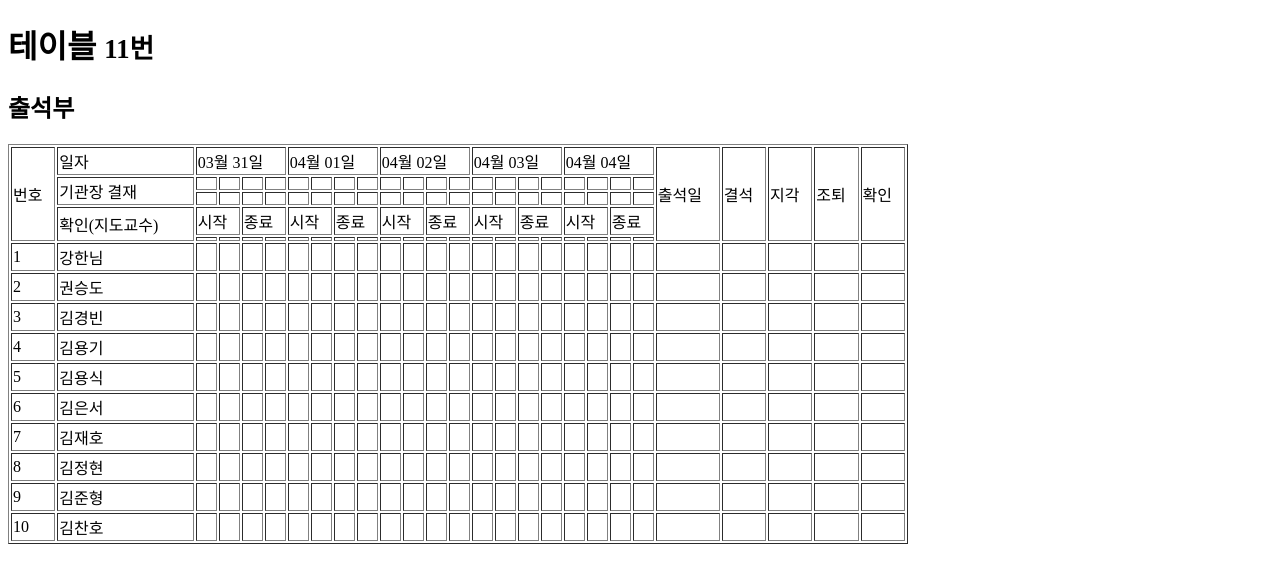
Repository: kmd192kmd/Web
Page: html/HtmlTest/src/main/webapp/ex16_table.html
These files come from the project's save history. The page is drawn as it stood at one moment and after the next save; the edit follows.
The browser window is 1280 px wide. The pictures show the whole page.

Above is the page before, as saved 2026-02-13 07:18:40.

### html/HtmlTest/src/main/webapp/ex16_table.html
<!DOCTYPE html>
<html>
<head>
<meta charset="UTF-8">
<title>Insert title here</title>
</head>
<body>
	<!-- <h1>테이블 <small>10번</small></h1>

	<h2>Table</h2>

	<table border="1" width="500" height="500">
		<tr>
			<td colspan="5" width="100" align="center" height="100">1</td>
		</tr>
		<tr>
			<td rowspan="4" width="100" align="center" height="400">6</td>
			<td colspan="2" width="100" align="center" height="100">7</td>
			<td colspan="2" width="100" align="center" height="100">9</td>
		</tr>
		<tr>
			<td width="100" align="center" height="100">12</td>
			<td width="100" align="center" height="100">13</td>
			<td rowspan="2" width="100" align="center" height="200">14</td>
			<td width="100" align="center" height="100">15</td>
		</tr>
		<tr>
			<td rowspan="2" width="100" align="center" height="200">17</td>
			<td width="100" align="center" height="100">18</td>
			<td width="100" align="center" height="100">20</td>
		</tr>
		<tr>
			<td align="center" width="100" height="100">23</td>
			<td colspan="2" width="100" align="center" height="100">24</td>
		</tr>
	</table> -->

	<h1>테이블 <small>11번</small></h1>

	<h2>출석부</h2>

	<table border="1" width="900">
		<tr>
			<td rowspan="5">번호</td>
			<td colspan="4">일자</td>
			<td colspan="4">03월 31일</td>
			<td colspan="4">04월 01일</td>
			<td colspan="4">04월 02일</td>
			<td colspan="4">04월 03일</td>
			<td colspan="4">04월 04일</td>
			<td rowspan="5">출석일</td>
			<td rowspan="5">결석</td>
			<td rowspan="5">지각</td>
			<td rowspan="5">조퇴</td>
			<td rowspan="5">확인</td>
		</tr>
		<tr>
			<td colspan="4" rowspan="2">기관장 결재</td>
			<td></td>
			<td></td>
			<td></td>
			<td></td>
			<td></td>
			<td></td>
			<td></td>
			<td></td>
			<td></td>
			<td></td>
			<td></td>
			<td></td>
			<td></td>
			<td></td>
			<td></td>
			<td></td>
			<td></td>
			<td></td>
			<td></td>
			<td></td>
		</tr>
		<tr>
			<td></td>
			<td></td>
			<td></td>
			<td></td>
			<td></td>
			<td></td>
			<td></td>
			<td></td>
			<td></td>
			<td></td>
			<td></td>
			<td></td>
			<td></td>
			<td></td>
			<td></td>
			<td></td>
			<td></td>
			<td></td>
			<td></td>
			<td></td>
		</tr>
		<tr>
			<td colspan="4" rowspan="2">확인(지도교수)</td>
			<td colspan="2">시작</td>
			<td colspan="2">종료</td>
			<td colspan="2">시작</td>
			<td colspan="2">종료</td>
			<td colspan="2">시작</td>
			<td colspan="2">종료</td>
			<td colspan="2">시작</td>
			<td colspan="2">종료</td>
			<td colspan="2">시작</td>
			<td colspan="2">종료</td>
		</tr>
		<tr>
			<td></td>
			<td></td>
			<td></td>
			<td></td>
			<td></td>
			<td></td>
			<td></td>
			<td></td>
			<td></td>
			<td></td>
			<td></td>
			<td></td>
			<td></td>
			<td></td>
			<td></td>
			<td></td>
			<td></td>
			<td></td>
			<td></td>
			<td></td>
		</tr>
		<tr>
			<td>1</td>
			<td colspan="4">강한님</td>
			<td></td>
			<td></td>
			<td></td>
			<td></td>
			<td></td>
			<td></td>
			<td></td>
			<td></td>
			<td></td>
			<td></td>
			<td></td>
			<td></td>
			<td></td>
			<td></td>
			<td></td>
			<td></td>
			<td></td>
			<td></td>
			<td></td>
			<td></td>
			<td></td>
			<td></td>
			<td></td>
			<td></td>
			<td></td>
		</tr>
		<tr>
			<td>2</td>
			<td colspan="4">권승도</td>
			<td></td>
			<td></td>
			<td></td>
			<td></td>
			<td></td>
			<td></td>
			<td></td>
			<td></td>
			<td></td>
			<td></td>
			<td></td>
			<td></td>
			<td></td>
			<td></td>
			<td></td>
			<td></td>
			<td></td>
			<td></td>
			<td></td>
			<td></td>
			<td></td>
			<td></td>
			<td></td>
			<td></td>
			<td></td>
		</tr>
		<tr>
			<td>3</td>
			<td colspan="4">김경빈</td>
			<td></td>
			<td></td>
			<td></td>
			<td></td>
			<td></td>
			<td></td>
			<td></td>
			<td></td>
			<td></td>
			<td></td>
			<td></td>
			<td></td>
			<td></td>
			<td></td>
			<td></td>
			<td></td>
			<td></td>
			<td></td>
			<td></td>
			<td></td>
			<td></td>
			<td></td>
			<td></td>
			<td></td>
			<td></td>
		</tr>
		<tr>
			<td>4</td>
			<td colspan="4">김용기</td>
			<td></td>
			<td></td>
			<td></td>
			<td></td>
			<td></td>
			<td></td>
			<td></td>
			<td></td>
			<td></td>
			<td></td>
			<td></td>
			<td></td>
			<td></td>
			<td></td>
			<td></td>
			<td></td>
			<td></td>
			<td></td>
			<td></td>
			<td></td>
			<td></td>
			<td></td>
			<td></td>
			<td></td>
			<td></td>
		</tr>
		<tr>
			<td>5</td>
			<td colspan="4">김용식</td>
			<td></td>
			<td></td>
			<td></td>
			<td></td>
			<td></td>
			<td></td>
			<td></td>
			<td></td>
			<td></td>
			<td></td>
			<td></td>
			<td></td>
			<td></td>
			<td></td>
			<td></td>
			<td></td>
			<td></td>
			<td></td>
			<td></td>
			<td></td>
			<td></td>
			<td></td>
			<td></td>
			<td></td>
			<td></td>
		</tr>
		<tr>
			<td>6</td>
			<td colspan="4">김은서</td>
			<td></td>
			<td></td>
			<td></td>
			<td></td>
			<td></td>
			<td></td>
			<td></td>
			<td></td>
			<td></td>
			<td></td>
			<td></td>
			<td></td>
			<td></td>
			<td></td>
			<td></td>
			<td></td>
			<td></td>
			<td></td>
			<td></td>
			<td></td>
			<td></td>
			<td></td>
			<td></td>
			<td></td>
			<td></td>
		</tr>
		<tr>
			<td>7</td>
			<td colspan="4">김재호</td>
			<td></td>
			<td></td>
			<td></td>
			<td></td>
			<td></td>
			<td></td>
			<td></td>
			<td></td>
			<td></td>
			<td></td>
			<td></td>
			<td></td>
			<td></td>
			<td></td>
			<td></td>
			<td></td>
			<td></td>
			<td></td>
			<td></td>
			<td></td>
			<td></td>
			<td></td>
			<td></td>
			<td></td>
			<td></td>
		</tr>
		<tr>
			<td>8</td>
			<td colspan="4">김정현</td>
			<td></td>
			<td></td>
			<td></td>
			<td></td>
			<td></td>
			<td></td>
			<td></td>
			<td></td>
			<td></td>
			<td></td>
			<td></td>
			<td></td>
			<td></td>
			<td></td>
			<td></td>
			<td></td>
			<td></td>
			<td></td>
			<td></td>
			<td></td>
			<td></td>
			<td></td>
			<td></td>
			<td></td>
			<td></td>
		</tr>
		<tr>
			<td>9</td>
			<td colspan="4">김준형</td>
			<td></td>
			<td></td>
			<td></td>
			<td></td>
			<td></td>
			<td></td>
			<td></td>
			<td></td>
			<td></td>
			<td></td>
			<td></td>
			<td></td>
			<td></td>
			<td></td>
			<td></td>
			<td></td>
			<td></td>
			<td></td>
			<td></td>
			<td></td>
			<td></td>
			<td></td>
			<td></td>
			<td></td>
			<td></td>
		</tr>
		<tr>
			<td>10</td>
			<td colspan="4">김찬호</td>
			<td></td>
			<td></td>
			<td></td>
			<td></td>
			<td></td>
			<td></td>
			<td></td>
			<td></td>
			<td></td>
			<td></td>
			<td></td>
			<td></td>
			<td></td>
			<td></td>
			<td></td>
			<td></td>
			<td></td>
			<td></td>
			<td></td>
			<td></td>
			<td></td>
			<td></td>
			<td></td>
			<td></td>
			<td></td>
		</tr>
	</table>
</body>
</html>

After the next save:
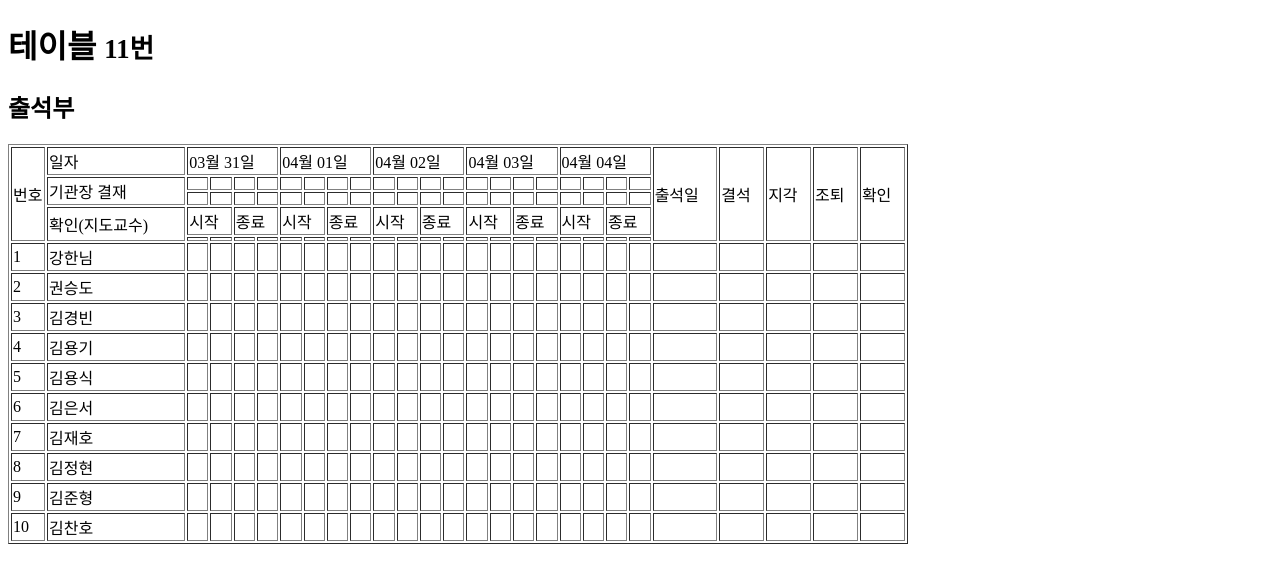
Saved 82 s later.
--- a/html/HtmlTest/src/main/webapp/ex16_table.html
+++ b/html/HtmlTest/src/main/webapp/ex16_table.html
@@ -41,7 +41,7 @@
 
 	<table border="1" width="900">
 		<tr>
-			<td rowspan="5">번호</td>
+			<td rowspan="5" width="30">번호</td>
 			<td colspan="4">일자</td>
 			<td colspan="4">03월 31일</td>
 			<td colspan="4">04월 01일</td>
